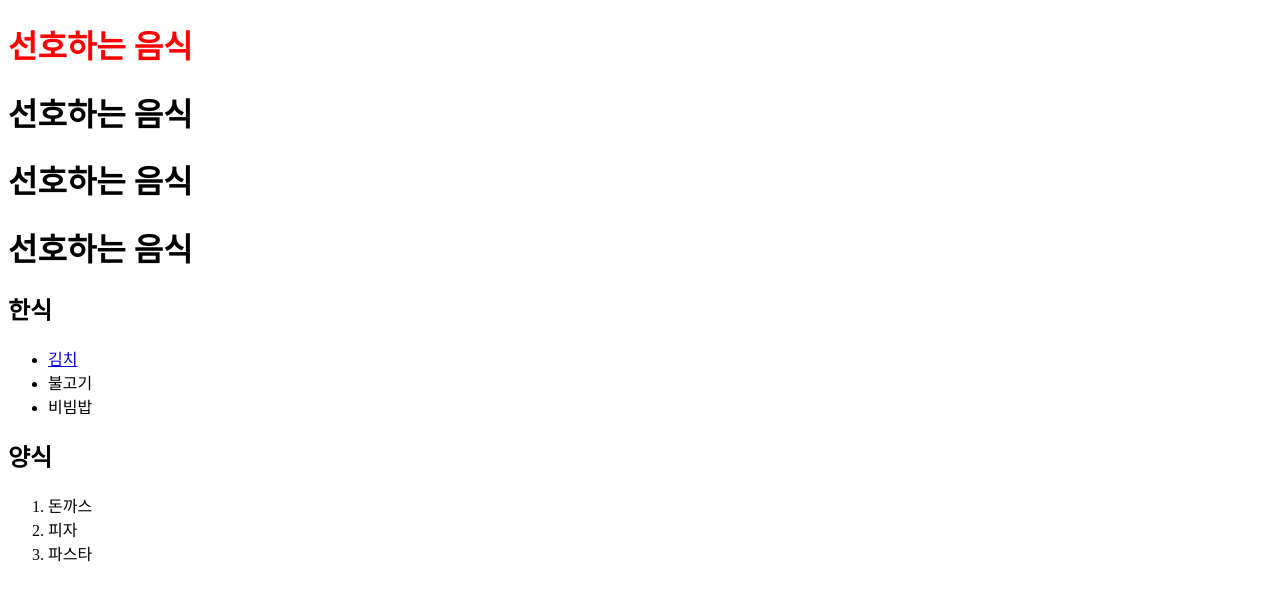
Repository: reddrinkbro/JSPStudy
Page: javascript/WebContent/4객체/dom_ob2.html
These files come from the project's save history. The page is drawn as it stood at one moment and after the next save; the edit follows.
The browser window is 1280 px wide. The pictures show the whole page.

Above is the page before, as saved 2020-04-10 00:37:07.

After the next save:
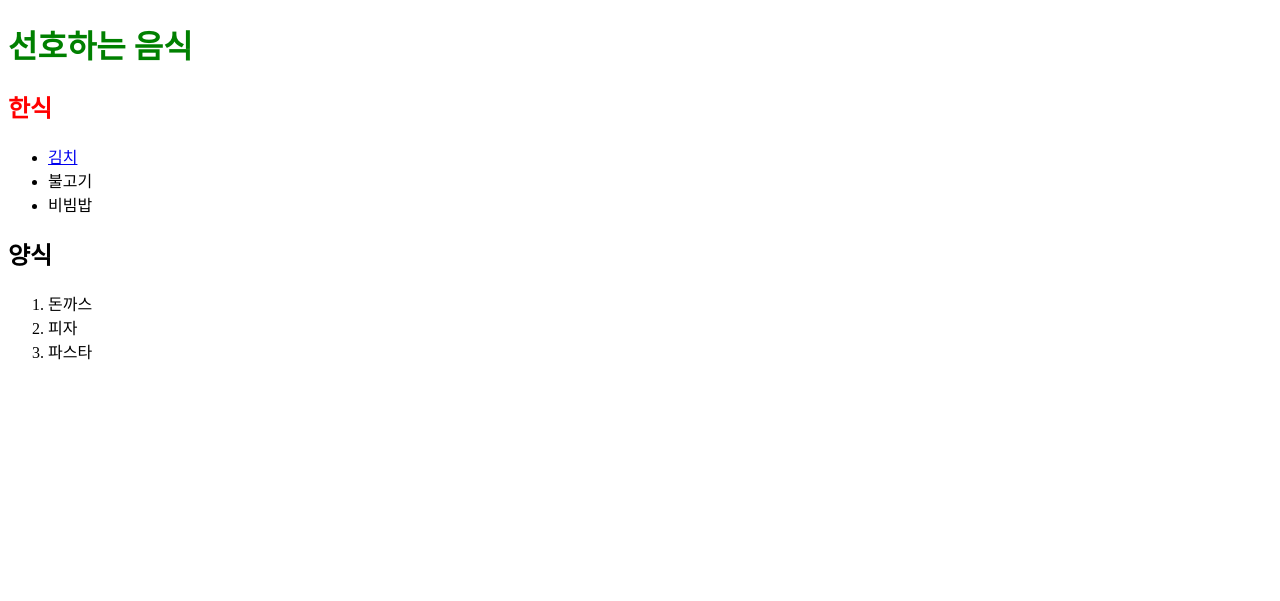
Console error: TypeError: Cannot set properties of undefined (setting 'color')
Saved 2 min 33 s later.
--- a/javascript/WebContent/4객체/dom_ob2.html
+++ b/javascript/WebContent/4객체/dom_ob2.html
@@ -6,9 +6,7 @@
 </head>
 <body>
 	<h1>선호하는 음식</h1>
-	<h1>선호하는 음식</h1>
-	<h1>선호하는 음식</h1>
-	<h1>선호하는 음식</h1>
+
 	<div id ="food_1">
 		<h2 id= "title">한식</h2>
 		<ul>
@@ -29,11 +27,15 @@
 		//HTML요소중 (태그들중) <h1>요소만 선택함.
 		//그리고 가장 처음<h1>요소만 선택한후, CSS로 글자 색상을 초록색으로 적용
 		var h1 = document.getElementsByTagName("h1");
-		h1[0].style.color = "red";
+		h1[0].style.color = "green";
 		//HTML요소들중.. id속성값이 title인 요소를 선택한 후,
 		//CSS로 글자색상을 빨간색으로 적용
-
+		document.getElementById("title").style.color = "red";
 		//HTML요소들 중.. id 속성값이 food_1인 요소의 하위 요소 <li>요소만 선택
+		//그중 두번째 <li>요소만 최종적으로 선택한 후, 배경 색상을 빨간색으로 적용함
+		var food = document.getElementById("food_1");
+		var li = food.children;
+		li.style.color = "red";
 	</script>
 </body>
 </html>

After the 2 saves that followed:
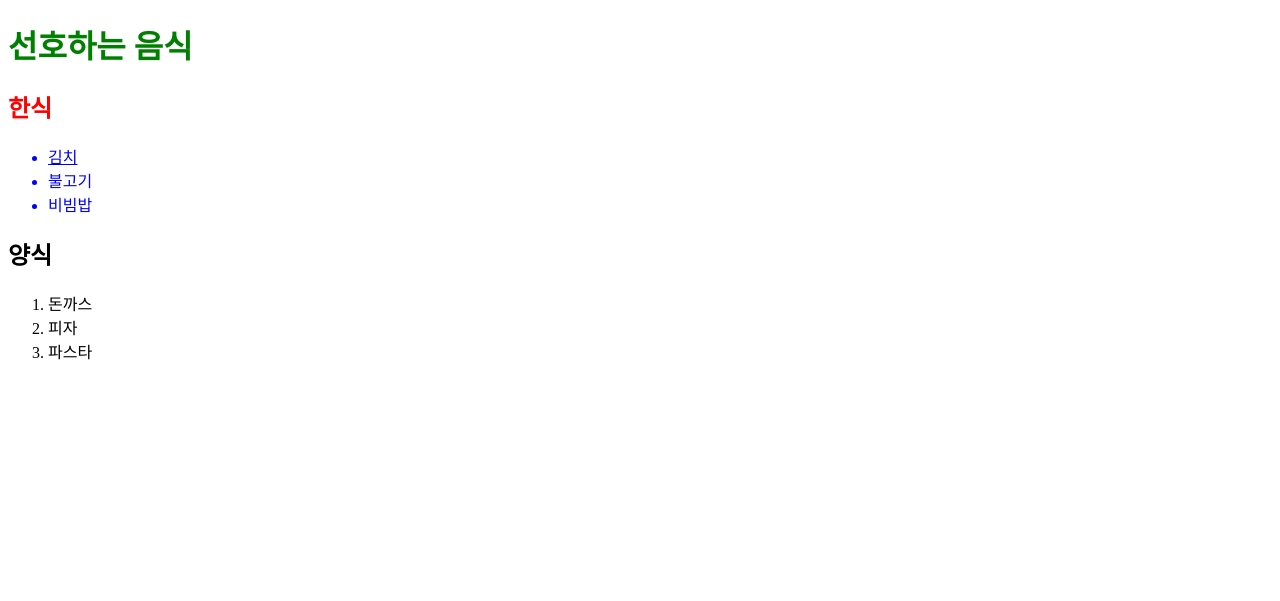
The error is gone.
The 2 saves are shown as one change because 1 left the picture as it was.
The last was saved 2 min 28 s later.
--- a/javascript/WebContent/4객체/dom_ob2.html
+++ b/javascript/WebContent/4객체/dom_ob2.html
@@ -34,8 +34,8 @@
 		//HTML요소들 중.. id 속성값이 food_1인 요소의 하위 요소 <li>요소만 선택
 		//그중 두번째 <li>요소만 최종적으로 선택한 후, 배경 색상을 빨간색으로 적용함
 		var food = document.getElementById("food_1");
-		var li = food.children;
-		li.style.color = "red";
+		food.style.color = "blue";
+
 	</script>
 </body>
 </html>
